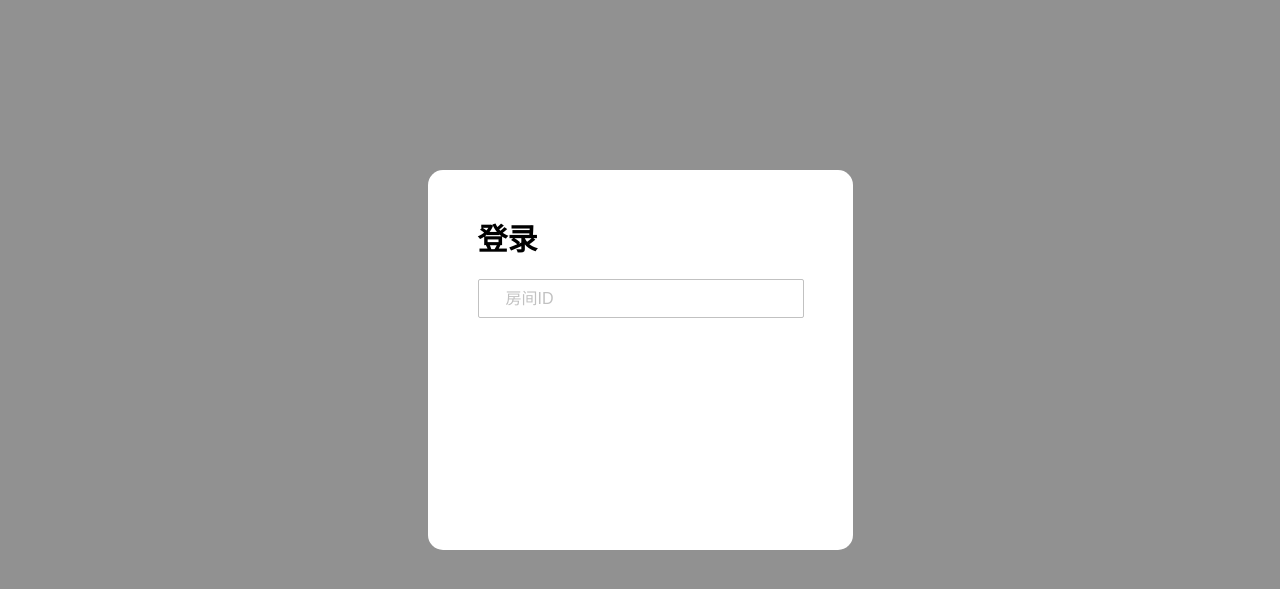
Repository: sjtu-course/homework
Page: GongZening/Week2/Web/LoginPage.html
The author's editor kept a copy of each file at every save. The page is drawn from the files as they stood at one save, then again after the next save.
The browser window is 1280 px wide. The pictures show the whole page.

Above is the page before, as saved 2020-11-07 16:51:36.

### GongZening/Week2/Web/LoginPage.html
<!DOCTYPE html>
<html>
    <head>
        <meta charset="utf-8">
        <title>LoginPage</title>
        <style>
            input::-webkit-input-placeholder{
                color:#c1c1c1;
                font-size: 16px;
                padding-left: 25px;
            }
        </style>
        <link rel="stylesheet" type="text/css" href="css/Round_Rect.css" />
        <link rel="stylesheet" type="text/css" href="css/login.css" />
        <link rel="stylesheet" type="text/css" href="css/Edit_Text.css" />
    </head>

    <body style="background-color: #919191;">
        <div id="round_rect">
            <h1 id="login">登录</h1>
            <input type="text" class="edit_text" placeholder="房间ID" padding-top="120px">
        </div>
    </body>
</html>

### GongZening/Week2/Web/css/Round_Rect.css
@charset "utf-8";
#round_rect{
	width: 425px;
	height: 380px;
	background-color: white;
	/* 圆角大小 */
	border-radius: 15px;
	/* 位置居中 */
	position: absolute;
	margin: auto;
	top: 0;
	right: 0;
	left: 0;
	bottom: 0;
}

### GongZening/Week2/Web/css/login.css
@charset "utf-8";
#login{
    font-size: 30px;
    color: black;
    margin-top: 45px;
    margin-left: 50px;
}

### GongZening/Week2/Web/css/Edit_Text.css
@charset "utf-8";
.edit_text{
    width: 320px;
    height: 35px;
    margin-left: 50px;
    border-radius: 2px;
    border:1px solid #c1c1c1;
    font-size: 16px;
}

After the next save:
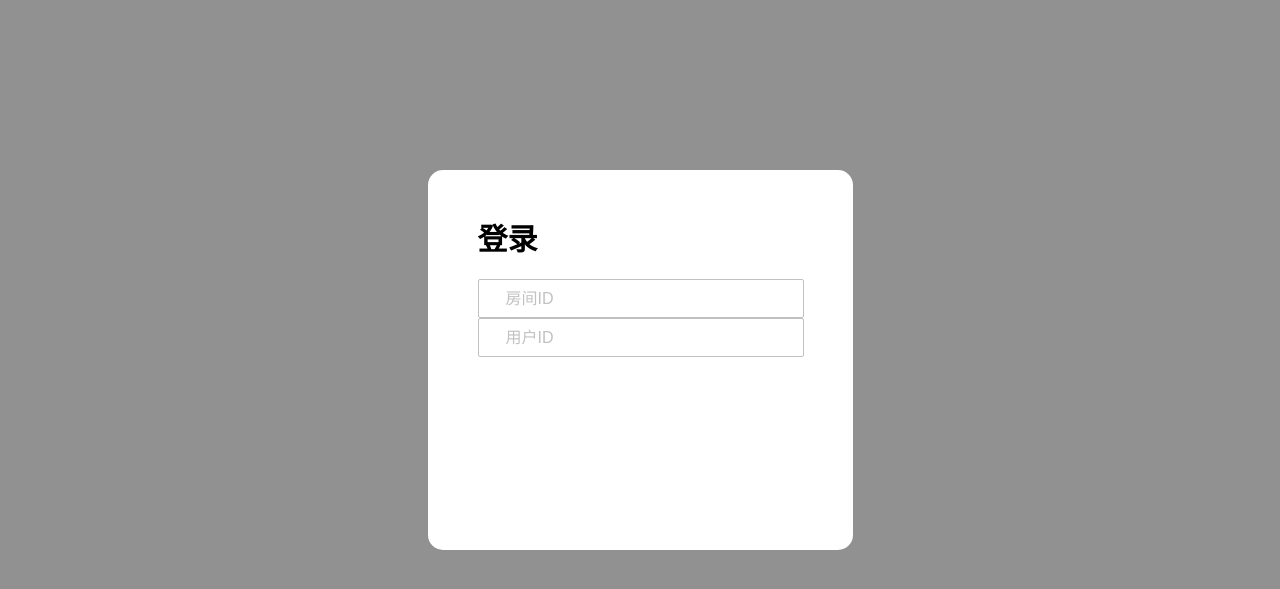
Saved 2 min 28 s later.
--- a/GongZening/Week2/Web/LoginPage.html
+++ b/GongZening/Week2/Web/LoginPage.html
@@ -18,7 +18,8 @@
     <body style="background-color: #919191;">
         <div id="round_rect">
             <h1 id="login">登录</h1>
-            <input type="text" class="edit_text" placeholder="房间ID" padding-top="120px">
+            <input class="edit_text" placeholder="房间ID" >
+            <input class="edit_text" placeholder="用户ID" >
         </div>
     </body>
 </html>
